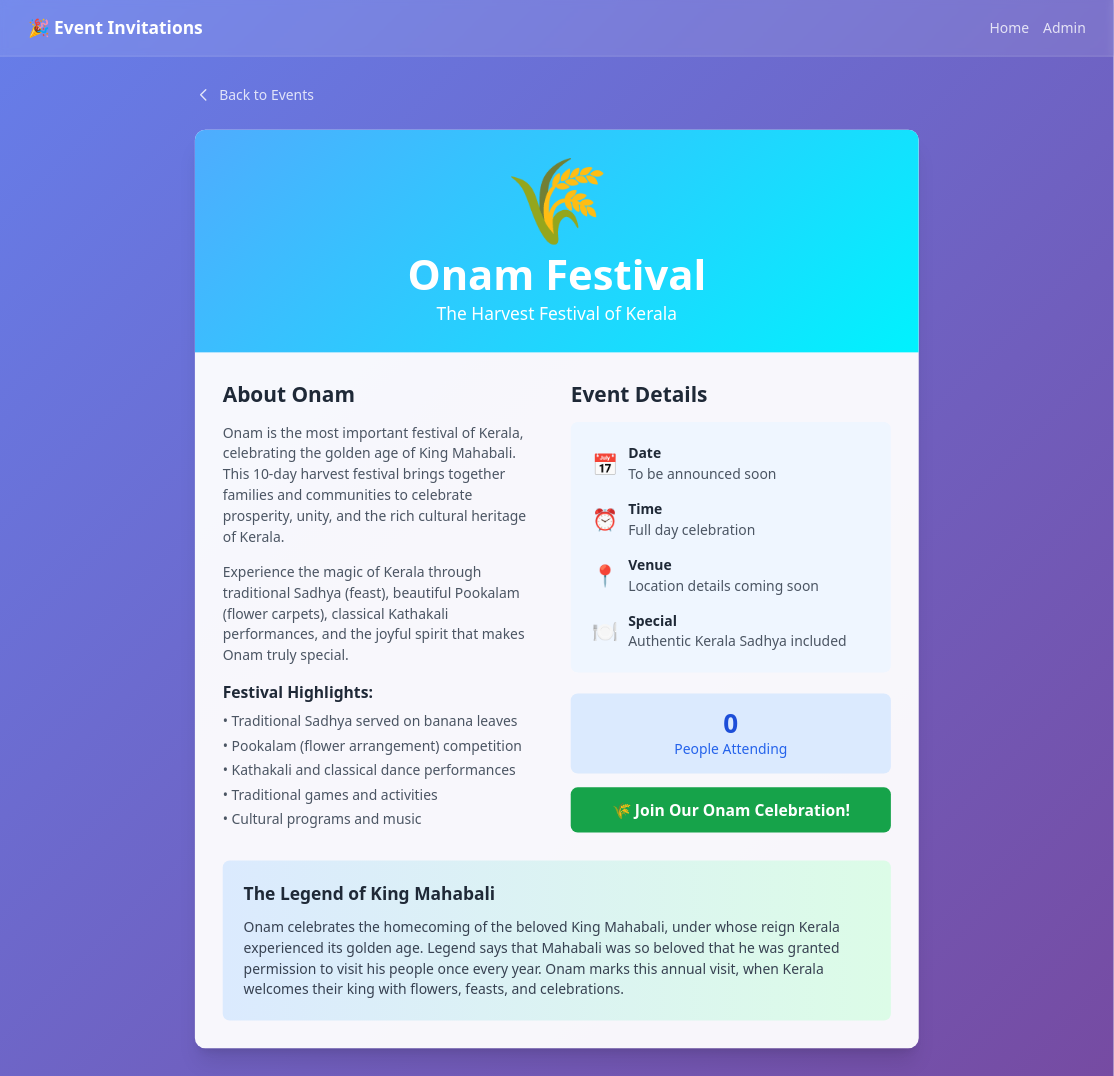
Repository: nanduldas/invitation
Page: http://localhost/event/onam
The author's editor kept a copy of each file at every save. The page is drawn from the files as they stood at one save, then again after the next save.
The browser window is 1280 px wide. The pictures show the whole page, at 87% of full size.
Some web libraries are served in a nearby version. The page is served by the project's Laravel application, run on PHP 8.4 with Laravel 12. Other server files are loaded and not shown. Queries for data that is not in the repository find no rows.

Above is the page before, as saved 2025-08-22 23:46:00.

### routes/web.php
<?php

use Illuminate\Support\Facades\Route;
use App\Http\Controllers\EventController;

Route::get('/', [EventController::class, 'index'])->name('home');
Route::get('/event/{event}', [EventController::class, 'show'])->name('event.show');
Route::post('/register', [EventController::class, 'register'])->name('register');
Route::get('/admin/attendees', [EventController::class, 'admin'])->name('admin.attendees');

### app/Http/Controllers/EventController.php
<?php

namespace App\Http\Controllers;

use Illuminate\Http\Request;
use App\Models\Attendee;
use Illuminate\Support\Facades\Validator;

class EventController extends Controller
{
    public function index()
    {
        $haldiCount = Attendee::forEvent('haldi')->count();
        $onamCount = Attendee::forEvent('onam')->count();

        return view('events.index', compact('haldiCount', 'onamCount'));
    }

    public function show($event)
    {
        if (!in_array($event, ['haldi', 'onam'])) {
            abort(404);
        }

        $attendeesCount = Attendee::forEvent($event)->count();

        return view('events.show', compact('event', 'attendeesCount'));
    }

    public function register(Request $request)
    {
        $validator = Validator::make($request->all(), [
            'name' => 'required|string|max:255',
            'phone' => 'required|string|max:20',
            'event' => 'required|in:haldi,onam'
        ]);

        if ($validator->fails()) {
            return response()->json([
                'success' => false,
                'message' => 'Please fill all fields correctly.'
            ], 422);
        }

        // Check if attendee already exists based on phone number
        $existingAttendee = Attendee::where('phone', $request->phone)->first();

        if ($existingAttendee) {
            return response()->json([
                'success' => true,
                'message' => 'You are already on our list, thank you! 🎉',
                'attendee_count' => Attendee::forEvent($request->event)->count()
            ]);
        }

        // Create new attendee
        $attendee = Attendee::create([
            'name' => $request->name,
            'phone' => $request->phone,
            'event' => $request->event
        ]);

        $attendeeCount = Attendee::forEvent($request->event)->count();

        return response()->json([
            'success' => true,
            'message' => "Welcome to our celebration, {$request->name}! 🌟 We're excited to have you join us!",
            'attendee_count' => $attendeeCount
        ]);
    }

    public function admin()
    {
        $haldiAttendees = Attendee::forEvent('haldi')->get();
        $onamAttendees = Attendee::forEvent('onam')->get();

        return view('admin.attendees', compact('haldiAttendees', 'onamAttendees'));
    }
}

### app/Models/Attendee.php
<?php

namespace App\Models;

use Illuminate\Database\Eloquent\Model;

class Attendee extends Model
{
    protected $fillable = [
        'name',
        'phone',
        'event'
    ];

    protected $casts = [
        'event' => 'string'
    ];

    public function scopeForEvent($query, $event)
    {
        return $query->where('event', $event);
    }
}

### resources/views/layouts/app.blade.php
<!DOCTYPE html>
<html lang="en">
<head>
    <meta charset="UTF-8">
    <meta name="viewport" content="width=device-width, initial-scale=1.0">
    <meta name="csrf-token" content="{{ csrf_token() }}">
    <title>@yield('title', 'Event Invitations')</title>
    <script src="https://cdn.tailwindcss.com"></script>
    <script src="https://code.jquery.com/jquery-3.6.0.min.js"></script>
    <style>
        .gradient-bg {
            background: linear-gradient(135deg, #667eea 0%, #764ba2 100%);
        }
        .gradient-haldi {
            background: linear-gradient(135deg, #FF6B35 0%, #F7931E 25%, #FFD700 50%, #FFA500 75%, #FF8C00 100%);
        }
        .gradient-haldi-deep {
            background: linear-gradient(135deg, #B8860B 0%, #DAA520 25%, #FFD700 50%, #FFA500 75%, #FF6347 100%);
        }
        .bg-haldi-theme {
            background-image: url('/images/haldi-background.jpg');
            background-size: cover;
            background-position: center;
            background-repeat: no-repeat;
        }
        .haldi-overlay {
            background: linear-gradient(135deg, rgba(255, 215, 0, 0.9) 0%, rgba(255, 165, 0, 0.8) 50%, rgba(255, 140, 0, 0.9) 100%);
        }
        .gradient-onam {
            background: linear-gradient(135deg, #4facfe 0%, #00f2fe 100%);
        }
        .card-hover {
            transition: transform 0.3s ease, box-shadow 0.3s ease;
        }
        .card-hover:hover {
            transform: translateY(-5px);
            box-shadow: 0 20px 25px -5px rgba(0, 0, 0, 0.1), 0 10px 10px -5px rgba(0, 0, 0, 0.04);
        }
        .modal {
            transition: opacity 0.25s ease;
        }
        .modal-backdrop {
            background-color: rgba(0, 0, 0, 0.5);
        }
    </style>
</head>
<body class="min-h-screen gradient-bg">
    <nav class="bg-white/10 backdrop-blur-sm border-b border-white/20">
        <div class="max-w-7xl mx-auto px-4 sm:px-6 lg:px-8">
            <div class="flex justify-between h-16">
                <div class="flex items-center">
                    <a href="{{ route('home') }}" class="text-white text-xl font-bold">
                        🎉 Event Invitations
                    </a>
                </div>
                <div class="flex items-center space-x-4">
                    <a href="{{ route('home') }}" class="text-white/80 hover:text-white transition-colors">
                        Home
                    </a>
                    <a href="{{ route('admin.attendees') }}" class="text-white/80 hover:text-white transition-colors">
                        Admin
                    </a>
                </div>
            </div>
        </div>
    </nav>

    <main class="py-8">
        @yield('content')
    </main>

    <!-- Registration Modal -->
    <div id="registrationModal" class="modal fixed inset-0 z-50 hidden">
        <div class="modal-backdrop fixed inset-0" onclick="closeModal()"></div>
        <div class="fixed inset-0 flex items-center justify-center p-4">
            <div class="bg-white rounded-lg shadow-xl max-w-md w-full mx-4 transform transition-all">
                <div class="p-6">
                    <div class="flex justify-between items-center mb-4">
                        <h3 class="text-lg font-semibold text-gray-900">Register for Event</h3>
                        <button onclick="closeModal()" class="text-gray-400 hover:text-gray-600">
                            <svg class="w-6 h-6" fill="none" stroke="currentColor" viewBox="0 0 24 24">
                                <path stroke-linecap="round" stroke-linejoin="round" stroke-width="2" d="M6 18L18 6M6 6l12 12"></path>
                            </svg>
                        </button>
                    </div>

                    <form id="registrationForm">
                        @csrf
                        <input type="hidden" id="eventType" name="event" value="">

                        <div class="mb-4">
                            <label for="name" class="block text-sm font-medium text-gray-700 mb-2">Full Name</label>
                            <input type="text" id="name" name="name" required
                                   class="w-full px-3 py-2 border border-gray-300 rounded-md focus:outline-none focus:ring-2 focus:ring-blue-500">
                        </div>

                        <div class="mb-6">
                            <label for="phone" class="block text-sm font-medium text-gray-700 mb-2">Phone Number</label>
                            <input type="tel" id="phone" name="phone" required
                                   class="w-full px-3 py-2 border border-gray-300 rounded-md focus:outline-none focus:ring-2 focus:ring-blue-500">
                        </div>

                        <div class="flex space-x-3">
                            <button type="button" onclick="closeModal()"
                                    class="flex-1 px-4 py-2 text-gray-600 border border-gray-300 rounded-md hover:bg-gray-50 transition-colors">
                                Cancel
                            </button>
                            <button type="submit"
                                    class="flex-1 px-4 py-2 bg-blue-600 text-white rounded-md hover:bg-blue-700 transition-colors">
                                Register
                            </button>
                        </div>
                    </form>
                </div>
            </div>
        </div>
    </div>

    <script>
        function openModal(event) {
            document.getElementById('eventType').value = event;
            document.getElementById('registrationModal').classList.remove('hidden');
            document.body.style.overflow = 'hidden';
        }

        function closeModal() {
            document.getElementById('registrationModal').classList.add('hidden');
            document.body.style.overflow = 'auto';
            document.getElementById('registrationForm').reset();
        }

        $(document).ready(function() {
            $('#registrationForm').on('submit', function(e) {
                e.preventDefault();

                $.ajax({
                    url: '{{ route("register") }}',
                    method: 'POST',
                    data: $(this).serialize(),
                    success: function(response) {
                        alert(response.message);
                        if (response.attendee_count) {
                            // Update the count on the page
                            const event = $('#eventType').val();
                            $('.attendee-count[data-event="' + event + '"]').text(response.attendee_count);
                        }
                        closeModal();
                    },
                    error: function(xhr) {
                        const response = JSON.parse(xhr.responseText);
                        alert(response.message || 'An error occurred. Please try again.');
                    }
                });
            });
        });

        // ESC key to close modal
        document.addEventListener('keydown', function(e) {
            if (e.key === 'Escape') {
                closeModal();
            }
        });
    </script>

    @yield('scripts')
</body>
</html>

Loaded but not shown: app/Http/Controllers/Controller.php (common file); resources/views/events/show.blade.php (206 lines, source omitted)

After the next save:
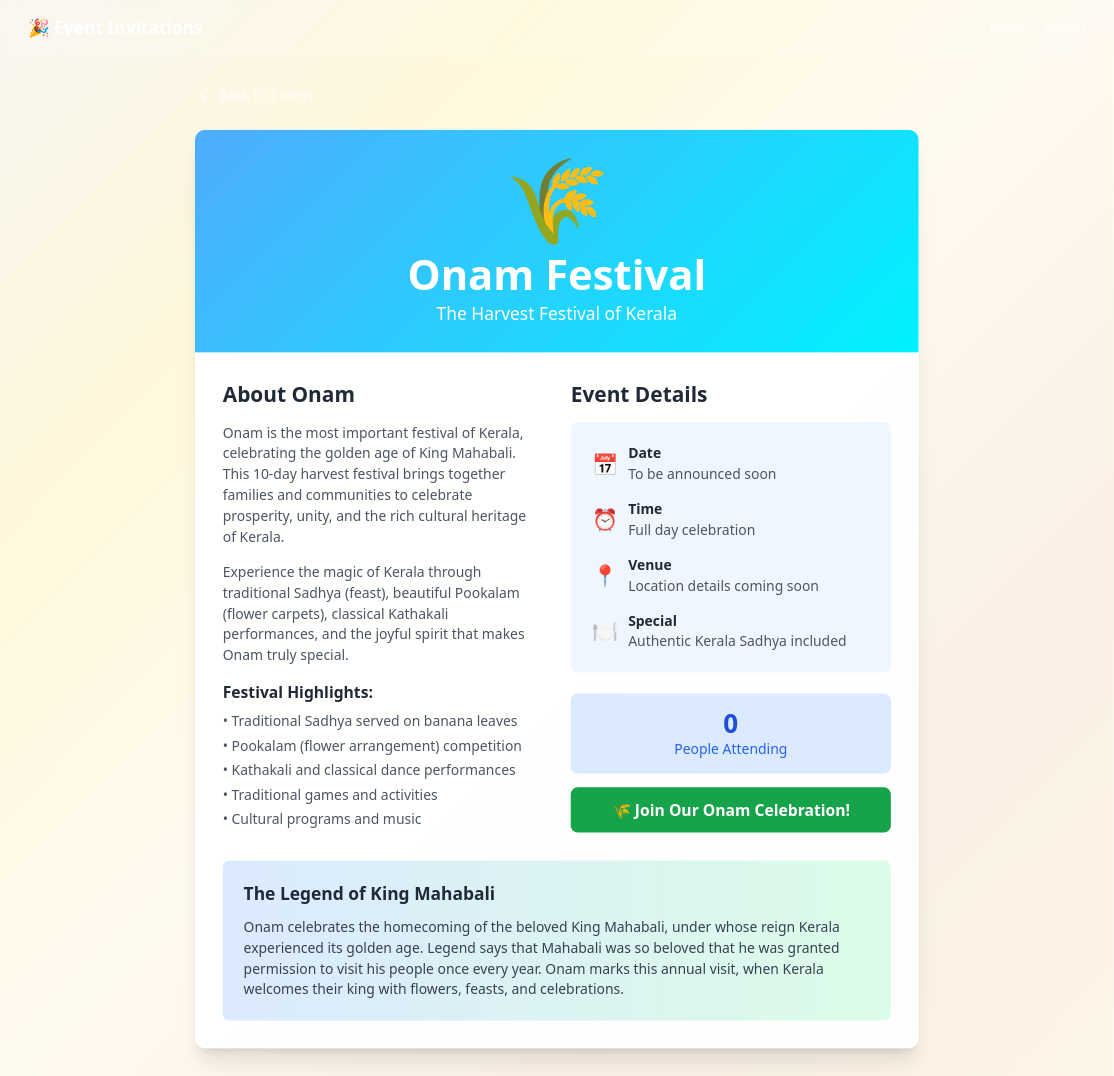
Saved 3 min 40 s later.
--- a/resources/views/layouts/app.blade.php
+++ b/resources/views/layouts/app.blade.php
@@ -9,7 +9,7 @@
     <script src="https://code.jquery.com/jquery-3.6.0.min.js"></script>
     <style>
         .gradient-bg {
-            background: linear-gradient(135deg, #667eea 0%, #764ba2 100%);
+            background: linear-gradient(135deg, #F8F6F0 0%, #FFF8DC 25%, #FFFAF0 50%, #FAF0E6 75%, #FDF5E6 100%);
         }
         .gradient-haldi {
             background: linear-gradient(135deg, #FF6B35 0%, #F7931E 25%, #FFD700 50%, #FFA500 75%, #FF8C00 100%);
@@ -28,6 +28,30 @@
         }
         .gradient-onam {
             background: linear-gradient(135deg, #4facfe 0%, #00f2fe 100%);
+        }
+        .text-gold {
+            color: #FFD700;
+            text-shadow: 0 0 10px rgba(255, 215, 0, 0.5);
+        }
+        .text-gold-shining {
+            background: linear-gradient(45deg, #FFD700, #FFA500, #FFD700, #DAA520, #FFD700);
+            background-size: 400% 400%;
+            -webkit-background-clip: text;
+            -webkit-text-fill-color: transparent;
+            background-clip: text;
+            animation: goldShine 3s ease-in-out infinite;
+            text-shadow: 0 0 20px rgba(255, 215, 0, 0.6);
+        }
+        @keyframes goldShine {
+            0% {
+                background-position: 0% 50%;
+            }
+            50% {
+                background-position: 100% 50%;
+            }
+            100% {
+                background-position: 0% 50%;
+            }
         }
         .card-hover {
             transition: transform 0.3s ease, box-shadow 0.3s ease;
